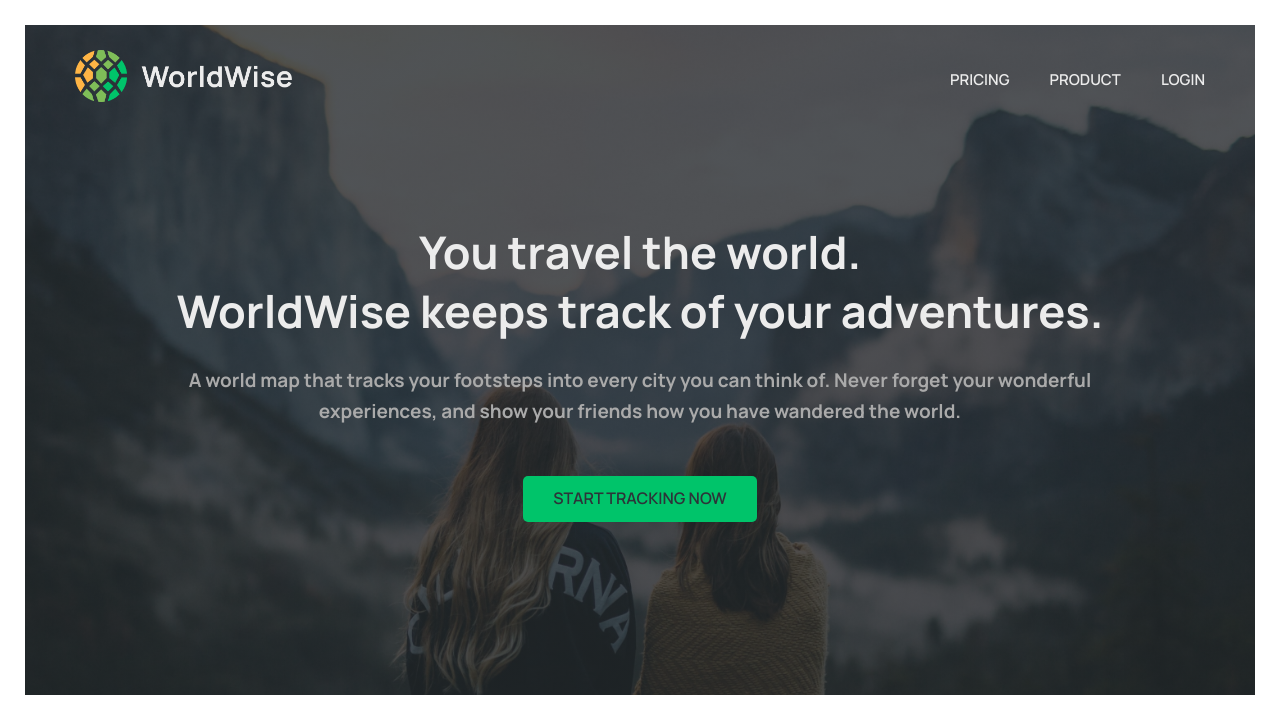
Repository: ayakhaled0001/worldwise
Page: /
An editor plug-in stored every save of this project. The page is shown before and after the next save, followed by the edit.
The browser window is 1280 px wide. The pictures show the whole page.
Some web libraries are served in a nearby version. The project was rebuilt for these pictures with package versions that can differ from the ones it lists, and the page was loaded fresh each time. Also part of the build but not shown: vite.config.js, src/pages/Product.module.css, src/pages/Product.jsx, src/pages/Pricing.jsx, src/pages/PageNotFound.jsx, src/components/AppNav.module.css, src/components/AppNav.jsx, src/pages/AppLayout.jsx. Imported but missing from the stored project, and not drawn on this page: src/pages/Login.

Above is the page before, as saved 2025-02-02 01:54:28.

### src/App.jsx
import { BrowserRouter, Route, Routes } from "react-router-dom";
import Product from "./pages/Product";
import Homepage from "./pages/Homepage";
import Pricing from "./pages/Pricing";
import PageNotFound from "./pages/PageNotFound";
import AppLayout from "./pages/AppLayout";
import Login from "./pages/Login";
function App() {
  return (
    <BrowserRouter>
      <Routes>
        <Route path="/" element={<Homepage />} />
        <Route path="pricing" element={<Pricing />} />
        <Route path="product" element={<Product />} />
        <Route path="app" element={<AppLayout />} />
        <Route path="login" element={<Login />} />
        <Route path="*" element={<PageNotFound />} />
      </Routes>
    </BrowserRouter>
  );
}

export default App;

### src/pages/Homepage.jsx
import styles from "./Homepage.module.css";
import PageNav from "../components/PageNav";
import { Link } from "react-router-dom";
export default function Homepage() {
  return (
    <main className={styles.homepage}>
      <PageNav />
      <section>
        <h1>
          You travel the world.
          <br />
          WorldWise keeps track of your adventures.
        </h1>
        <h2>
          A world map that tracks your footsteps into every city you can think
          of. Never forget your wonderful experiences, and show your friends how
          you have wandered the world.
        </h2>
        <Link to="/app" className="cta">
          start tracking now
        </Link>
      </section>
    </main>
  );
}

### src/components/PageNav.jsx
import { NavLink } from "react-router-dom";
import styles from "./PageNav.module.css";
import Logo from "./Logo";
function PageNav() {
  return (
    <nav className={styles.nav}>
      <Logo />
      <ul className={styles.ul}>
        <li>
          <NavLink to="/pricing">Pricing</NavLink>
        </li>
        <li>
          <NavLink to="/product">Product</NavLink>
        </li>
        <li>
          <NavLink to="/login">Login</NavLink>
        </li>
      </ul>
    </nav>
  );
}

export default PageNav;

Loaded but not shown: index.html (common file); src/main.jsx (common file); src/index.css (common file); src/pages/Homepage.module.css (common file); src/components/PageNav.module.css (common file); src/components/Logo.jsx (common file); src/components/Logo.module.css (common file)

After the next save:
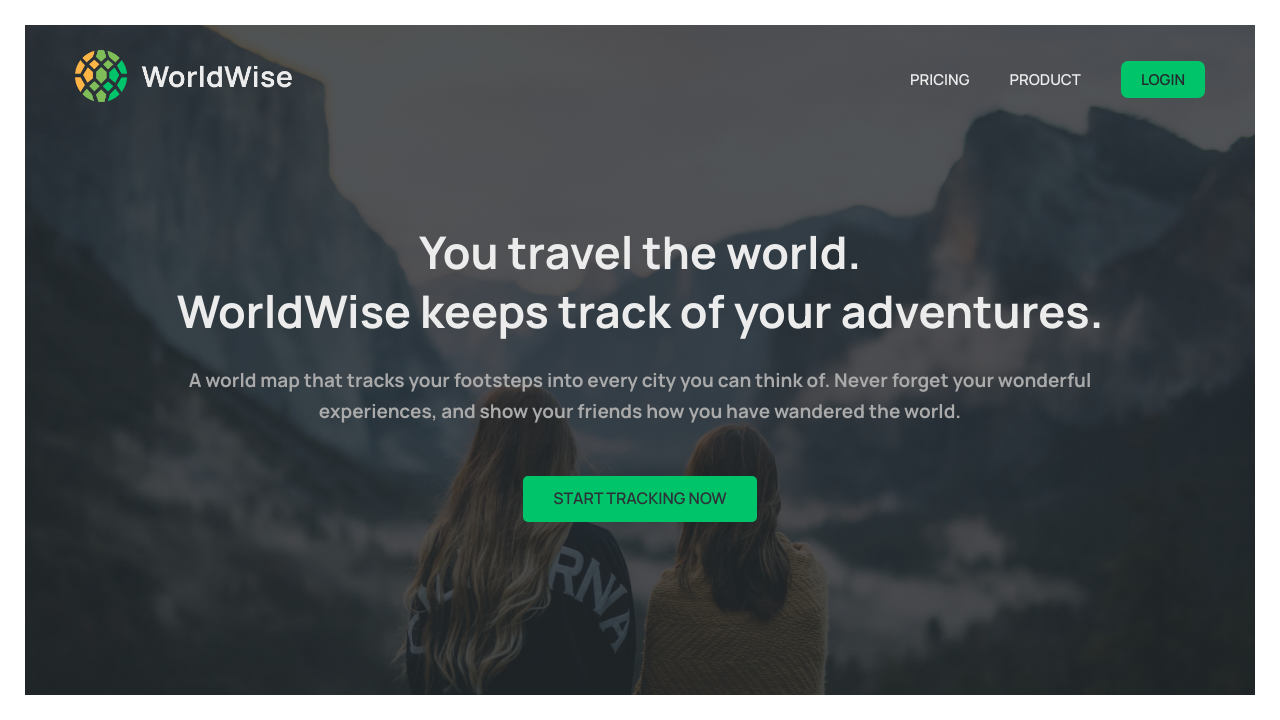
Saved 5 min 41 s later.
--- a/src/components/PageNav.jsx
+++ b/src/components/PageNav.jsx
@@ -13,7 +13,9 @@ function PageNav() {
           <NavLink to="/product">Product</NavLink>
         </li>
         <li>
-          <NavLink to="/login">Login</NavLink>
+          <NavLink to="/login" className={styles.ctaLink}>
+            Login
+          </NavLink>
         </li>
       </ul>
     </nav>
